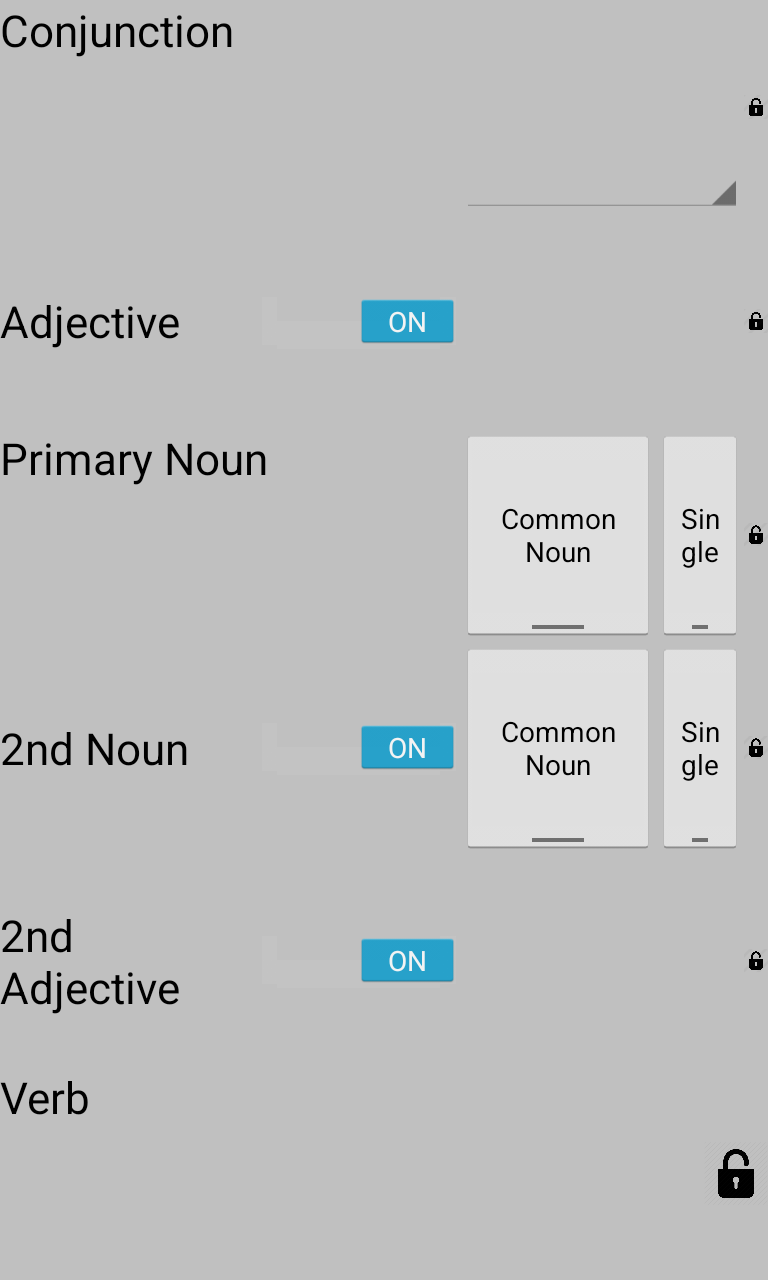
Repository: TheDizzler/TableTopTools
Layout: RPGTools/res/layout/fragment_cause_controls.xml
An editor plug-in stored every save of this project. The layout is shown before and after the next save, followed by the edit.
It is drawn on a 768 x 1280 px phone screen (xhdpi) without system bars, with theme AppTheme; the app's code is not run.

Above is the layout before, as saved 2017-03-22 09:53:54.

After the next save:
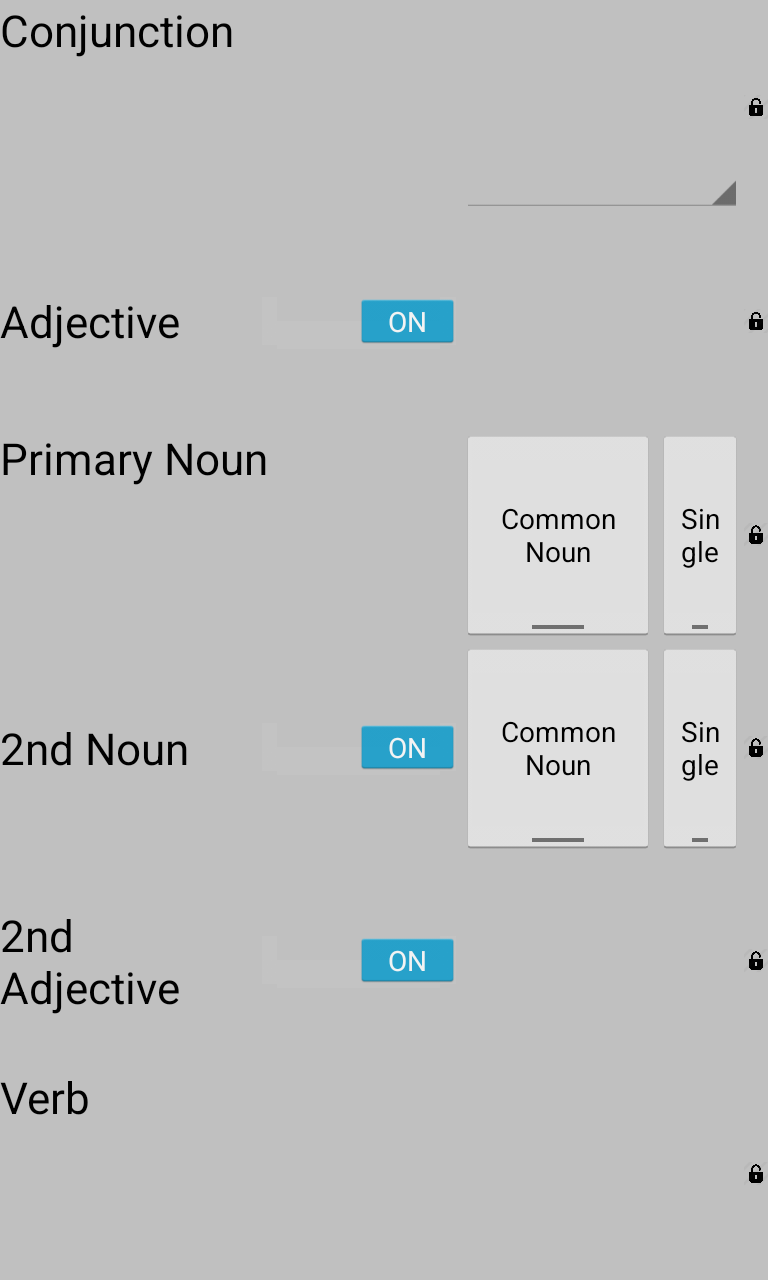
Saved 16 s later.
--- a/RPGTools/res/layout/fragment_cause_controls.xml
+++ b/RPGTools/res/layout/fragment_cause_controls.xml
@@ -214,7 +214,7 @@
             android:id="@+id/spacer3"
             android:layout_width="wrap_content"
             android:layout_height="match_parent"
-            android:layout_span="3"
+            android:layout_span="2"
             android:layout_weight="1"
             android:visibility="invisible" />
 
